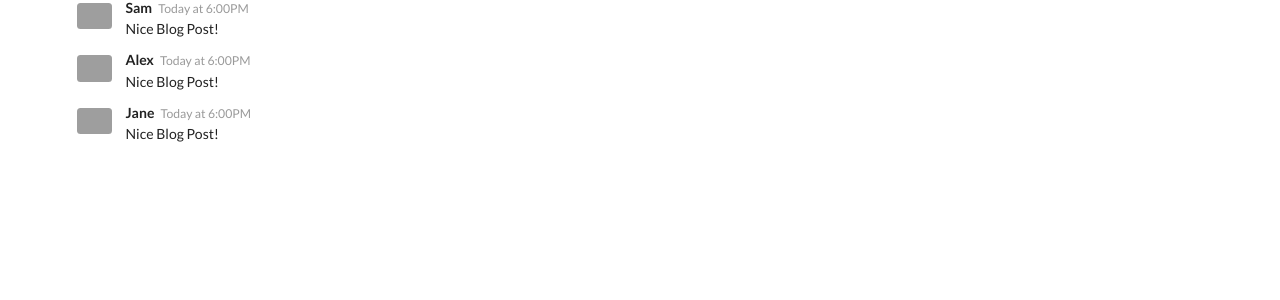
Repository: geedtd/udemyreact
Page: /
These files come from the project's save history. The page is drawn as it stood at one moment and after the next save; the edit follows.
The browser window is 1280 px wide. The pictures show the whole page.
Pictures or frames that could not be fetched are drawn as grey boxes. The project was rebuilt for these pictures with package versions that can differ from the ones it lists, and the page was loaded fresh each time.

Above is the page before, as saved 2020-03-18 01:53:05.

After the next save:
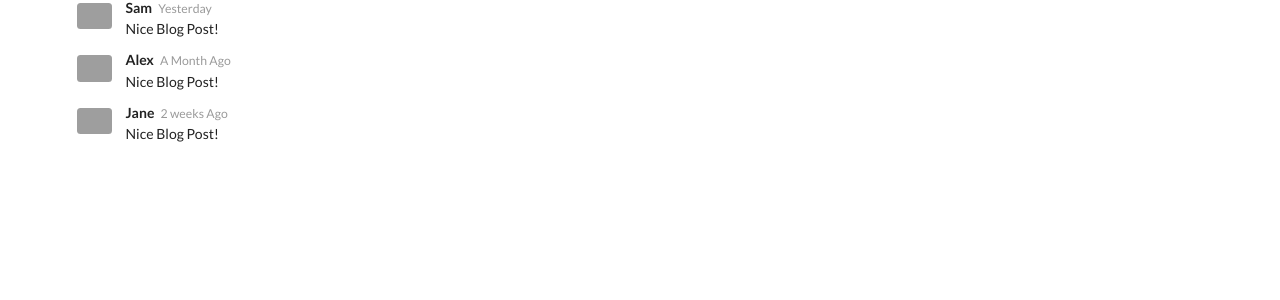
Saved 15 s later.
--- a/src/CommentDetail.js
+++ b/src/CommentDetail.js
@@ -13,7 +13,7 @@ const CommentDetail = (props) => {
                         {props.author}
                     </a>
                     <div className="metadata">
-                        <span className="date">Today at 6:00PM</span>
+                        <span className="date">{props.timeAgo}</span>
                     </div>
                     <div className="text">Nice Blog Post!</div>
                 </div>
